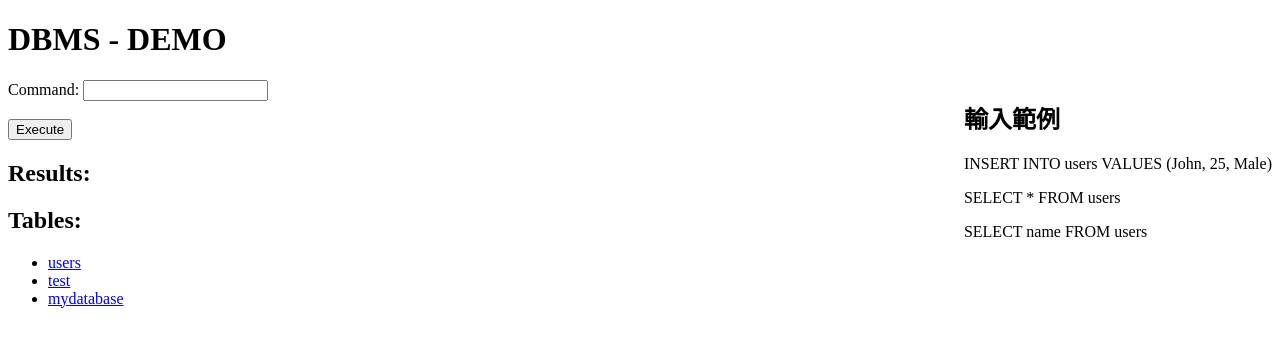
Repository: mark6969/DBMS-use-python
Page: http://localhost/
These files come from the project's save history. The page is drawn as it stood at one moment and after the next save; the edit follows.
The browser window is 1280 px wide. The pictures show the whole page.
The page is served by the project's application, run on Flask 3 (run.py).

Above is the page before, as saved 2023-05-19 15:47:16.

### templates/index.html
<!DOCTYPE html>
<html>
<head>
    <title>DBMS</title>
    <style>
        table {
            border-collapse: collapse;
        }
        th, td {
            border: 1px solid black;
            padding: 8px;
        }
        .right-text {
            float: right; /* 將文字容器浮動到右側 */
            margin-left: 0%; /* 提供一些間距 */
        }
    </style>
</head>
<body>
    <h1>DBMS - DEMO</h1>
    <div class="right-text">
        <h2>輸入範例</h2>
        <p>INSERT INTO users VALUES (John, 25, Male)</p>
        <p>SELECT * FROM users</p>
        <p>SELECT name FROM users</p>
    </div>
    <form method="POST" action="/">
        <label for="command">Command:</label>
        <input type="text" name="command" id="command" required>
        <br><br>
        <input type="submit" value="Execute">
    </form>


    <!-- <h2>Users:</h2>
    <table>
        <tr>
            <th>姓名</th>
            <th>年齡</th>
            <th>性別</th>
        </tr>
        {% for user in users %}
        <tr>
            <td>{{ user.name }}</td>
            <td>{{ user.age }}</td>
            <td>{{ user.sex }}</td>
        </tr>
        {% endfor %}
    </table> -->

    <h2>Results:</h2>
    <ul>
        {% for result in results %}
        <li>{{ result }}</li>
        {% endfor %}
    </ul>

    <h2>Tables:</h2>
    <ul>
    {% for table in tables %}
    <li><a href="/table/{{ table }}">{{ table }}</a></li>
    {% endfor %}
    </ul>

</body>
</html>

### run.py
from flask import Flask, render_template, request
import re
import os
import csv

app = Flask(__name__)


# def get_all_users():
#     users = []
#     with open('mydatabase.csv', 'r') as file:
#         reader = csv.DictReader(file)
#         for row in reader:
#             user = {
#                 'name': row['name'],
#                 'age': row['age'],
#                 'sex': row['sex']
#             }
#             users.append(user)
#     return users

def get_all(table):
    data = []
    with open("DBs/%s.csv" % table, 'r') as file:
        reader = csv.DictReader(file)
        for row in reader:
            data.append(row)
    return data

def get_all_tables(database_name):
    tables = []
    csv_filename = f'{database_name}.csv'
    with open(csv_filename, 'r') as file:
        reader = csv.DictReader(file)
        tables = reader.fieldnames
    return tables

def get_all_csv_name():
    tables = []
    for file_name in os.listdir("./DBs"):
        if file_name.endswith('.csv'):
            table_name = os.path.splitext(file_name)[0]
            tables.append(table_name)
    return tables

def add_data(table, data_list):
    with open("DBs/%s.csv" % table, 'r+', newline='') as file:
        # fieldnames = ['name', 'age', 'sex']
        print("add_data")
        db_key = file.readline().replace("\n", "").split(",")
        if len(db_key) == len(data_list):
            writer = csv.writer(file)
            writer.writerow(data_list)
            return True
        return False


def execute_query(query):
    if query.startswith('SELECT'):
        _, column, _, table = query.split()
        return select_data(column, table)
    elif query.startswith('DELETE'):
        _, _, table, _, condition_column, _, condition_value = query.split()
        delete_data(table, condition_column, condition_value)
        return ['Data deleted successfully.']
    elif query.startswith('INSERT'):
        table = query.split()[2]
        values = re.findall(r'\((.*?)\)', query)[0]
        values_list = [value.strip() for value in values.split(',')]
        if add_data(table, values_list):
            return ['Data inserted successfully.']
        else:
            return ['Data inserted error']
    elif query.startswith('CREATE'):
        match = re.search(r'CREATE (\w+) \((.*?)\)', query)
        if match:
            table_name = match.group(1)
            columns = [column.strip() for column in match.group(2).split(',')]
            create_table(table_name, columns)
            return ['Table created successfully.']
        else:
            return ['Invalid query. Please check your input.']
    else:
        return ['Invalid query. Please check your input.']


def select_data(column, table):
    data = []
    with open("DBs/%s.csv" % table, 'r') as file:
        reader = csv.DictReader(file)
        for row in reader:
            if column == '*':
                data.append(row)
            elif column in row:
                data.append(row[column])
                # data.append({column: row[column]})
    return data


def delete_data(table, condition_column, condition_value):
    with open("DBs/%s.csv" % table, 'r') as file:
        reader = csv.DictReader(file)
        rows = list(reader)

    filtered_rows = [row for row in rows if row.get(condition_column) == condition_value]

    with open("DBs/%s.csv" % table, 'w', newline='') as file:
        fieldnames = rows[0].keys()
        writer = csv.DictWriter(file, fieldnames=fieldnames)
        writer.writeheader()
        writer.writerows(filtered_rows)

def create_table(table_name, columns):
    csv_filename = f'{table_name}.csv'
    with open("./DBs/%s" % csv_filename, 'w', newline='') as file:
        writer = csv.writer(file)
        writer.writerow(columns)

@app.route('/table/<database_name>')
def show_database(database_name=None):
    if database_name is None:
        database_name = 'mydatabase'
    tables = get_all(database_name)
    if len(tables) != 0:
        keys=tables[0].keys()
    else:
        keys=[]
    return render_template('database.html', database=database_name, tables=tables, keys=keys)

@app.route('/', methods=['GET', 'POST'])
def index():
    if request.method == 'POST':
        command = request.form['command']
        results = execute_query(command)
    else:
        results = []

    # users = get_all_users()
    # tables = get_all_tables('mydatabase')
    tables = get_all_csv_name()
    print("tables")
    print(tables)
    # print("users")
    # print(users)
    print("results")
    print(results)
    return render_template('index.html', results=results, tables=tables)


if __name__ == '__main__':
    app.run(debug=True)

After the next save:
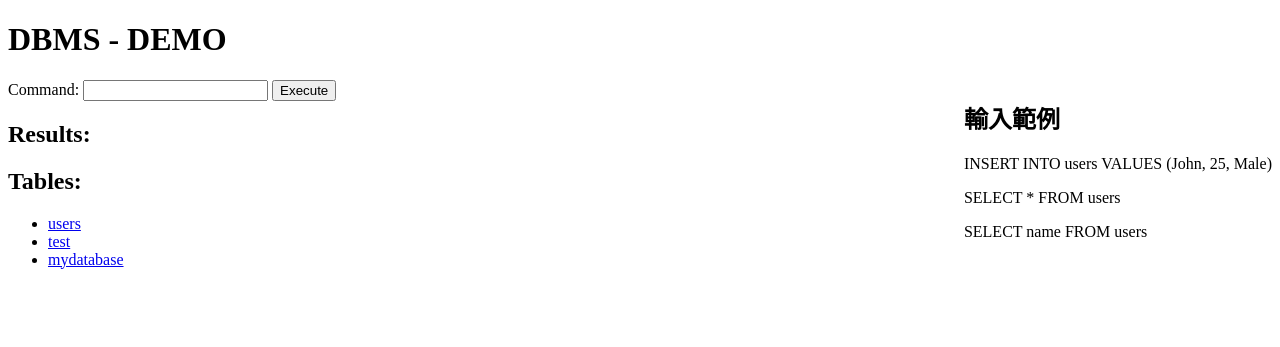
Saved 86 s later.
--- a/templates/index.html
+++ b/templates/index.html
@@ -27,7 +27,7 @@
     <form method="POST" action="/">
         <label for="command">Command:</label>
         <input type="text" name="command" id="command" required>
-        <br><br>
+        <!-- <br><br> -->
         <input type="submit" value="Execute">
     </form>
 
